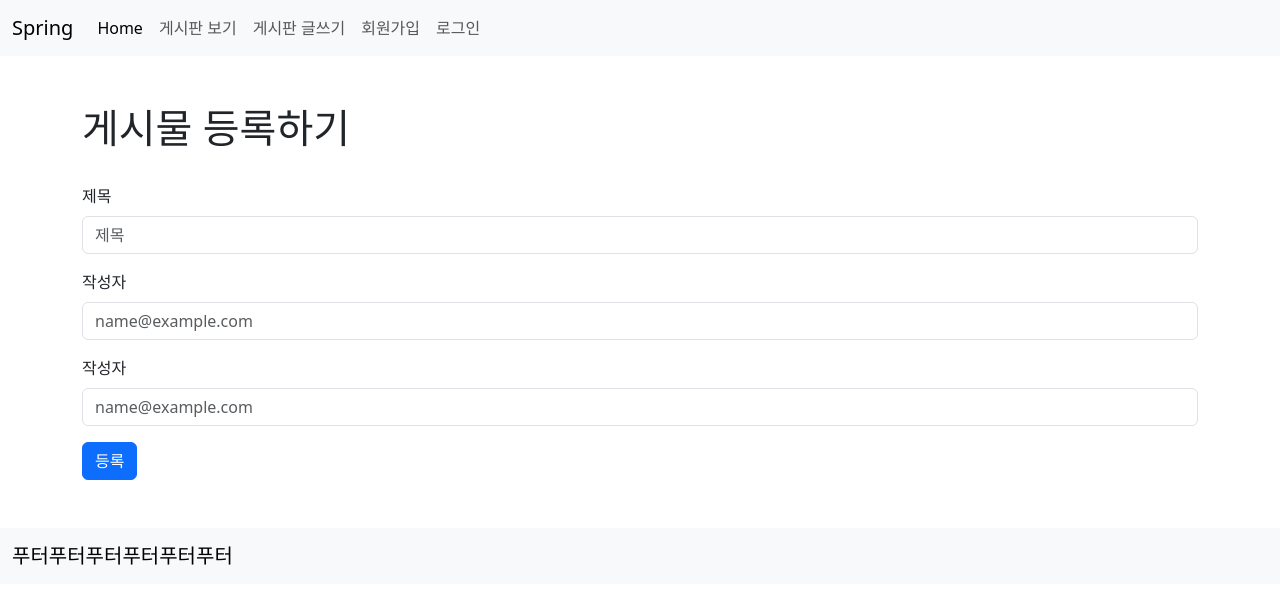
Repository: Jensuchan/spring_solo_project
Page: http://localhost/spring_test/WEB-INF/views/board/register.jsp
These files come from the project's save history. The page is drawn as it stood at one moment and after the next save; the edit follows.
The browser window is 1280 px wide. The pictures show the whole page.
The page is served by Tomcat 9. Nobody is signed in. The template is opened directly, without the code that normally fills it, so the values that code supplies are empty.

Above is the page before, as saved 2024-01-16 05:55:03.

After the next save:
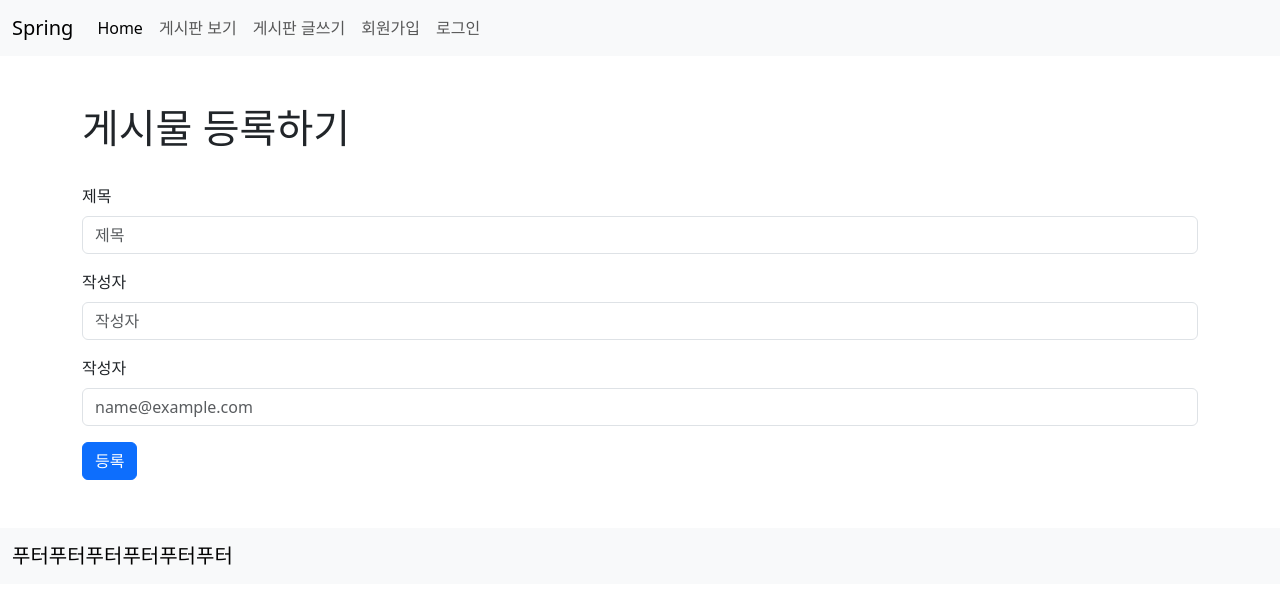
Saved 14 s later.
--- a/spring_test/src/main/webapp/WEB-INF/views/board/register.jsp
+++ b/spring_test/src/main/webapp/WEB-INF/views/board/register.jsp
@@ -14,11 +14,11 @@
 		</div>
 		<div class="mb-3">
 			<label for="exampleFormControlInput1" class="form-label">작성자</label>
-			<input type="email" class="form-control" id="exampleFormControlInput1" placeholder="name@example.com">
+			<input type="email" name="writer" class="form-control" id="exampleFormControlInput1" placeholder="작성자">
 		</div>
 		<div class="mb-3">
 			<label for="exampleFormControlInput1" class="form-label">작성자</label>
-			<input type="email" class="form-control" id="exampleFormControlInput1" placeholder="name@example.com">
+			<input type="email" name="title" class="form-control" id="exampleFormControlInput1" placeholder="name@example.com">
 		</div>
 		<button type="submit" class="btn btn-primary">등록</button>
 
